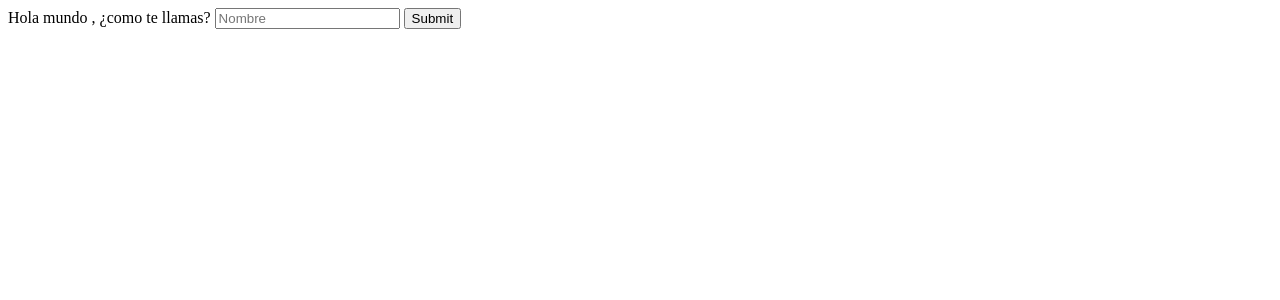
Repository: josevazquez99/DesarrolloWebEnEntornoServidor
Page: HolaMundo/src/main/webapp/Index.html
The author's editor kept a copy of each file at every save. The page is drawn from the files as they stood at one save, then again after the next save.
The browser window is 1280 px wide. The pictures show the whole page.

Above is the page before, as saved 2023-09-22 07:55:33.

### HolaMundo/src/main/webapp/Index.html
<!DOCTYPE html>
<html>
<head>
<meta charset="UTF-8">
<title>Insert title here</title>
</head>
<body>
Hola mundo , ¿como te llamas?

<input type="text" placeholder="Nombre" />
<input type="submit" placeholder="Enviar" />



</body>
</html>

After the next save:
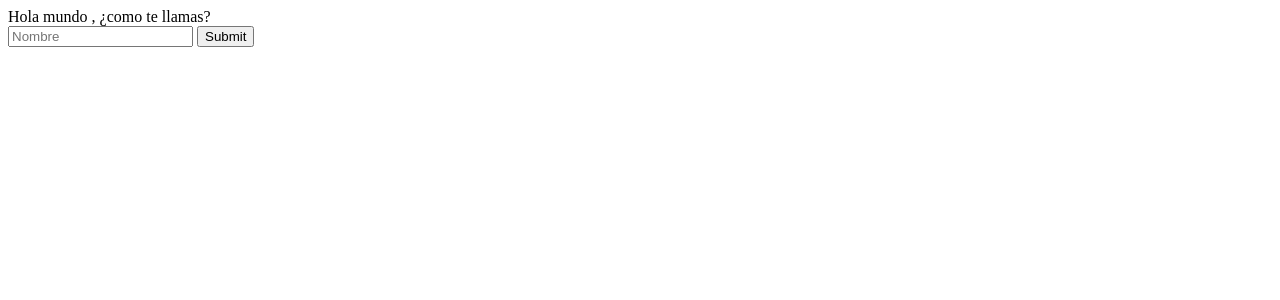
Saved 61 s later.
--- a/HolaMundo/src/main/webapp/Index.html
+++ b/HolaMundo/src/main/webapp/Index.html
@@ -6,9 +6,13 @@
 </head>
 <body>
 Hola mundo , ¿como te llamas?
+	<form method="post" action="respuestaHola.html">
 
-<input type="text" placeholder="Nombre" />
-<input type="submit" placeholder="Enviar" />
+		<input type="text" placeholder="Nombre" />
+		<input type="submit" placeholder="Enviar" />
+
+	</form>
+
 
 
 
